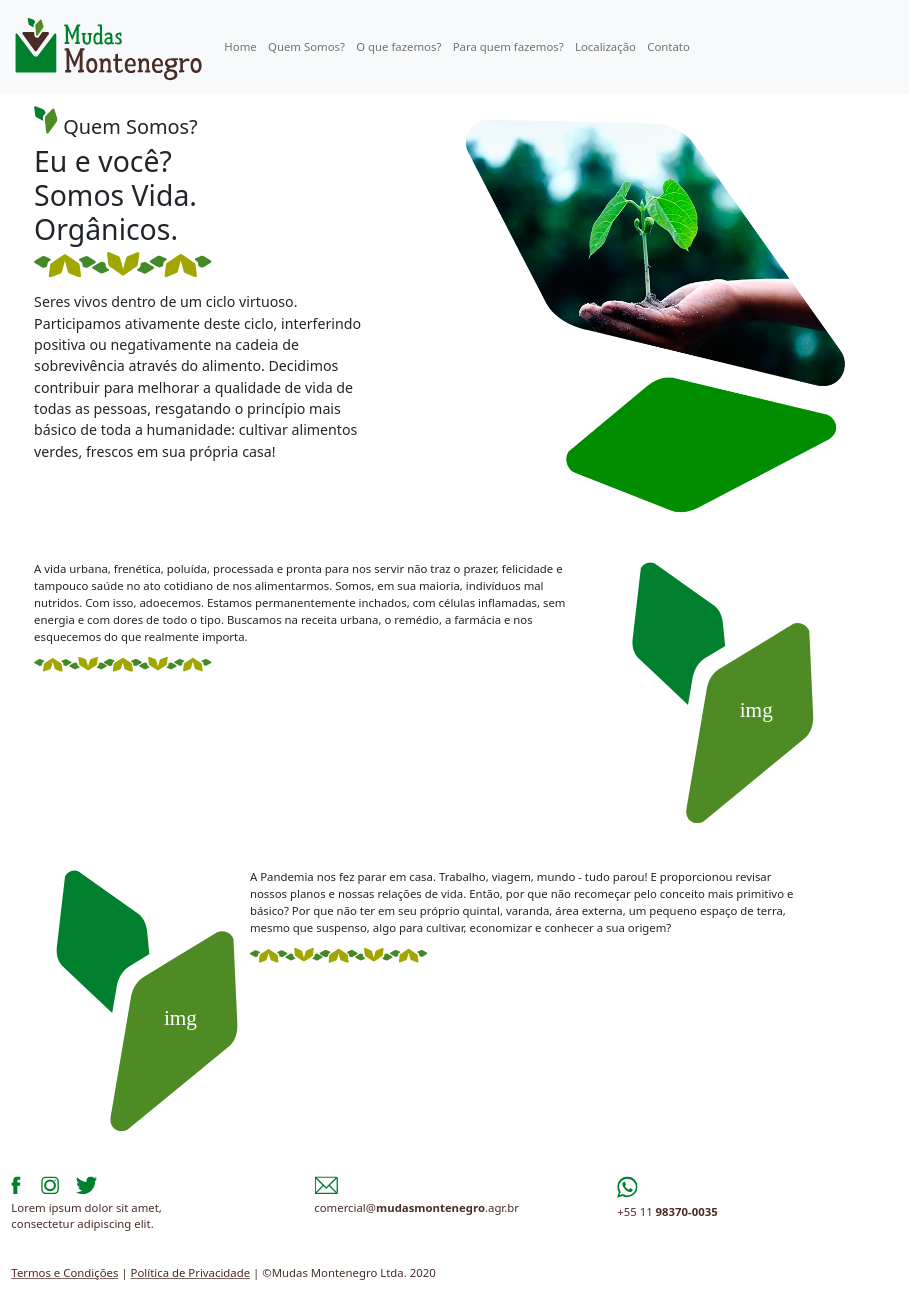
Repository: MaKnok/mudas-montenegro
Page: quem-somos.html
An editor plug-in stored every save of this project. The page is shown before and after the next save, followed by the edit.
The browser window is 1280 px wide. The pictures show the whole page, at 71% of full size.
Some web libraries are served in a nearby version.

Above is the page before, as saved 2021-06-17 11:54:43.

### quem-somos.html
<!DOCTYPE html>
<html lang="pt-br">

<head>
    <meta charset="utf-8">
    <meta name="viewport" content="width=device-width, initial-scale=1">
    <link rel="icon" type="image/png" href="img/icons/favicon.png"/>
    <title>Mudas Montenegro</title>
    <link href="https://cdn.jsdelivr.net/npm/bootstrap@5.0.1/dist/css/bootstrap.min.css" rel="stylesheet" integrity="sha384-+0n0xVW2eSR5OomGNYDnhzAbDsOXxcvSN1TPprVMTNDbiYZCxYbOOl7+AMvyTG2x" crossorigin="anonymous">
    <script src="https://use.fontawesome.com/releases/v5.0.8/js/all.js"></script>
    <link href="style.css" rel="stylesheet">
</head>

<body>

<!-- Navigation -->
<nav class="navbar navbar-expand-md navbar-light bg-light sticky-top">

  <div class="container-fluid">

    <a class="navbar-brand logo" href="index.html"><img src="img/logo_mudas_mont.svg" alt="Mudas Montenegro"></a>

    <button class="navbar-toggler" type="button" data-toggle="collapse" data-target="#navbarResponsive">
        <span class="navbar-toggler-icon"></span>
    </button>

    <div class="collapse navbar-collapse" id="navbarResponsive">
       <ul class="navbar-nav ml-auto">
            <li class="nav-item active">
              <a class="nav-link" href="index.html">Home</a>
          </li>
            <li class="nav-item">
              <a class="nav-link" href="quem-somos.html">Quem Somos?</a>
            </li>
            <li class="nav-item">
              <a class="nav-link" href="o-que-fazemos.html">O que fazemos?</a>
            </li>
            <li class="nav-item">
              <a class="nav-link" href="para-quem-fazemos.html">Para quem fazemos?</a>
            </li>
            <li class="nav-item">
              <a class="nav-link" href="localizacao.html">Localização</a>
            </li>
            <li class="nav-item">
              <a class="nav-link" href="contato.html">Contato</a>
            </li>
        </ul>
    </div>

  </div>

</nav>

<!--- Intro -->

<div class="wrapper">

  <div class="container-fluid">

    <div class="row jumbotron section-top">

      <div class="col-xs-12 col-sm-12 col-md-4 col-lg-4 col-xl-5 content-top">

        <h3 class="page-title">Quem Somos?</h3>

        <h1 class="page-slogan">
          Eu e você?<br/>
          Somos Vida.<br/>
          Orgânicos.
        </h1>

        <img src="img/leaves_sections.svg" class="leaves-home">

        <p class="lead">
          Seres vivos dentro de um ciclo virtuoso. Participamos ativamente deste ciclo, interferindo positiva ou negativamente na cadeia de sobrevivência através do alimento. Decidimos contribuir para melhorar a qualidade de vida de todas
          as pessoas, resgatando o princípio mais básico de toda a humanidade: cultivar alimentos verdes, frescos em sua própria casa!
        </p>

      </div>

      <div class="col-xs-12 col-sm-12 col-md-8 col-lg-8 col-xl-7 image-top">

                <source srcset="img/leaves_desktop_img.webp 2x,img/leaves_desktop_img.webp"
                media="(min-width: 992px)"/>

                <img src="img/leaves_desktop_img.webp" class="img-fluid" alt="Muda">

      </div>

    </div>

  </div>

</div>


<div class="wrapper">

  <div class="container-fluid padding">

  <div class="row content">

    <div class="col-xs-12 col-sm-12 col-md-7 col-lg-7 col-xl-8">
      <p>
      A vida urbana, frenética, poluída, processada e pronta para nos servir não traz o prazer, felicidade e tampouco saúde no ato cotidiano de nos alimentarmos. Somos, em sua maioria, indivíduos mal nutridos.  Com isso, adoecemos. Estamos permanentemente inchados, com células inflamadas, sem energia e com dores de todo o tipo.
      Buscamos na receita urbana, o remédio, a farmácia e nos esquecemos do que realmente importa.
      </p>
      <img src="img/leaves_section_longer.svg" class="leaves-home">
    </div>

    <div class="col-xs-12 col-sm-12 col-md-4 col-lg-4 col-xl-3">
      <img src="img/img_temp.svg" class="float-left" alt="Vida urbana">
    </div>

  </div>

  </div>


  <div class="container-fluid padding">

  <div class="row content pandemia">

    <div class="col-xs-12 col-sm-12 col-md-4 col-lg-4 col-xl-3 content-1">
        <img src="img/img_temp.svg" class="float-right" alt="Relações de Vida">
    </div>

    <div class="col-xs-12 col-sm-12 col-md-7 col-lg-7 col-xl-8 content-2">
        <p>
        A Pandemia nos fez parar em casa. Trabalho, viagem, mundo - tudo parou!
        E proporcionou revisar nossos planos e nossas relações de vida. Então, por que não recomeçar pelo conceito mais primitivo e básico? Por que não ter em seu próprio quintal, varanda, área externa, um pequeno espaço de terra, mesmo que suspenso, algo para cultivar, economizar e conhecer a sua origem?
        </p>
        <img src="img/leaves_section_longer.svg" class="leaves-home">
    </div>

  </div>

  </div>

</div>


<!--- Footer -->
<footer>

  <div class="container-fluid padding">

    <div class="row text-left">

      <div class="col-md-4">

        <ul class="social-icons">
            <li class="social-icon social-icon_first"><a href="#"><img src="img/icons/facebook.svg"></a></li>
            <li class="social-icon social-icon_second"><a href="#"><img src="img/icons/instagram.svg"></a></li>
            <li class="social-icon social-icon_third"><a href="#"><img src="img/icons/twitter.svg"></a></li>
        </ul>
        <p>Lorem ipsum dolor sit amet, <br/>consectetur adipiscing elit.</p>

      </div>

      <div class="col-md-4">

        <img src="img/icons/mail.svg" class="contact-icon">
        <p>comercial@<span class="phrase-bold">mudasmontenegro</span>.agr.br</p>

      </div>

      <div class="col-md-4">

        <img src="img/icons/whatsapp.svg" class="contact-icon contact-icon-zap">
        <p>+55 11 <span class="phrase-bold">98370-0035</span></p>

      </div>

    </div>

    <div class="row text-left">
        <div class="col-md-6">
          <p class="terms-conditions"><a href="#">Termos e Condições</a> | <a href="#">Política de Privacidade</a> | ©Mudas Montenegro Ltda. 2020 </p>
        </div>
    </div>

  </div>

</footer>

<script src="https://cdn.jsdelivr.net/npm/bootstrap@5.0.1/dist/js/bootstrap.bundle.min.js" integrity="sha384-gtEjrD/SeCtmISkJkNUaaKMoLD0//ElJ19smozuHV6z3Iehds+3Ulb9Bn9Plx0x4" crossorigin="anonymous"></script>

</body>
</html>

### style.css
@import url("https://fonts.googleapis.com/css2?family=Fira+Sans:ital,wght@0,200;0,300;0,400;0,500;0,600;0,700;1,200;1,300;1,400;1,500;1,600;1,700&display=swap");

/*---Media Queries --*/

html {
  -webkit-box-sizing: border-box;
  -moz-box-sizing: border-box;
  box-sizing: border-box;
}

*,
*:before,
*:after {
  -webkit-box-sizing: border-box;
  -moz-box-sizing: border-box;
  box-sizing: inherit;
}

@media (min-width: 992px) {
  .leaves-home {
    width: 250px;
    margin-bottom: 20px;
  }

  .logo {
    width: 280px;
  }

  .phrase-home {
    font-size: 35px;
    line-height: 45px;
  }

  .carousel-caption {
    width: 550px;
    z-index: 10;
    color: #fff;
    text-align: left;
    top: 40%;
    left: 10%;
    bottom: auto;
    -webkit-transform: translate(0, -50%);
    -ms-transform: translate(0, -50%);
    transform: translate(0, -50%);
  }
}

@media (max-width: 991.98px) {
  .leaves-home {
    width: 190px;
    margin-bottom: 15px;
  }

  .logo {
    width: 220px;
  }

  .phrase-home {
    font-size: 30px;
    line-height: 40px;
  }

  .carousel-caption {
    width: 400px;
    z-index: 10;
    color: #fff;
    text-align: left;
    top: 35%;
    left: 10%;
    bottom: auto;
    -webkit-transform: translate(0, -50%);
    -ms-transform: translate(0, -50%);
    transform: translate(0, -50%);
  }
}

@media (max-width: 767.98px) {
  .carousel-caption {
    width: 400px;
    z-index: 10;
    color: #fff;
    text-align: left;
    top: 35%;
    left: 10%;
    bottom: auto;
    -webkit-transform: translate(0, -50%);
    -ms-transform: translate(0, -50%);
    transform: translate(0, -50%);
  }

  .leaves-home {
    width: 190px;
    margin-bottom: 20px;
  }

  .logo {
    width: 220px;
  }

  .pandemia {
    display: flex;
  }

  .pandemia > .content-2 {
    order: -1;
  }

  .phrase-home {
    font-size: 25px;
    line-height: 35px;
  }

  .section-top {
    display: flex;
  }

  .section-top > .image-top {
    order: -1;
  }
}

@media (max-width: 575.98px) {
  .carousel-caption {
    width: 200px;
    z-index: 10;
    color: #fff;
    text-align: left;
    top: 50%;
    left: 8%;
    bottom: auto;
    -webkit-transform: translate(0, -50%);
    -ms-transform: translate(0, -50%);
    transform: translate(0, -50%);
  }

  .leaves-home {
    width: 130px;
    margin-bottom: 10px;
  }

  .logo {
    width: 180px;
  }

  .phrase-home {
    font-size: 16px;
    line-height: 24px;
  }
}

/*---Firefox Bug Fix --*/
.carousel-item {
  transition: -webkit-transform 0.5s ease;
  transition: transform 0.5s ease;
  transition: transform 0.5s ease, -webkit-transform 0.5s ease;
  -webkit-backface-visibility: visible;
  backface-visibility: visible;
  background-color: #000;
}

/*--- Fixed Background Image --*/
figure {
  position: relative;
  width: 100%;
  height: 60%;
  margin: 0 !important;
}

footer {
  background-color: #fff;
  color: #492b28;
  line-height: 22px;
}

ul,
ol,
li {
  list-style: none;
}

ul {
  padding-inline-start: 0;
  margin-bottom: 0.5rem;
}

.fixed-wrap {
  clip: rect(0, auto, auto, 0);
  position: absolute;
  top: 0;
  left: 0;
  width: 100%;
  height: 100%;
}

#fixed {
  background-image: url("img/mac.png");
  position: fixed;
  display: block;
  top: 0;
  left: 0;
  width: 100%;
  height: 100%;
  background-size: cover;
  background-position: center center;
  -webkit-transform: translateZ(0);
  transform: translateZ(0);
  will-change: transform;
}
/*--- Bootstrap Padding Fix --*/
[class*="col-"] {
  padding: 1rem;
}

.carousel-caption {
  text-align: left;
}

.contact-icon {
  margin-bottom: 0.5rem;
}

.page-title {
  font-weight: ;
}

.page-title::before {
  content: "";
  display: inline-block;
  background-image: url(img/icons/leaves.svg);
  background-size: 33px 40px;
  width: 33px;
  height: 40px;
  margin-right: 8px;
}

.phrase-home {
  font-family: "Fira Sans", sans-serif;
}

.phrase-bold {
  font-weight: 600;
}

.picture-home {
  opacity: 0.7;
}

.section-top {
  background-color: #fff;
}

.social-icons {
  text-align: left;
}

.social-icon:not(:first-child) {
  margin-left: 20px;
}

.social-icon:first-child {
  margin-right: 5px;
}

.social-icon {
  display: inline-block;
}

.social-icon > a > img,
.contact-icon {
  height: 25px;
}

.contact-icon-zap {
  height: 30px;
}

.terms-conditions a {
  color: #492b28;
}

.wrapper {
  padding: 0 2em;
}

/*
Extra small (xs) devices (portrait phones, less than 576px)
No media query since this is the default in Bootstrap

Small (sm) devices (landscape phones, 576px and up)
@media (min-width: 576px) { ... }

Medium (md) devices (tablets, 768px and up)
@media (min-width: 768px) { ... }

Large (lg) devices (desktops, 992px and up)
@media (min-width: 992px) { ... }

Extra (xl) large devices (large desktops, 1200px and up)
@media (min-width: 1200px) { ... }
*/

After the next save:
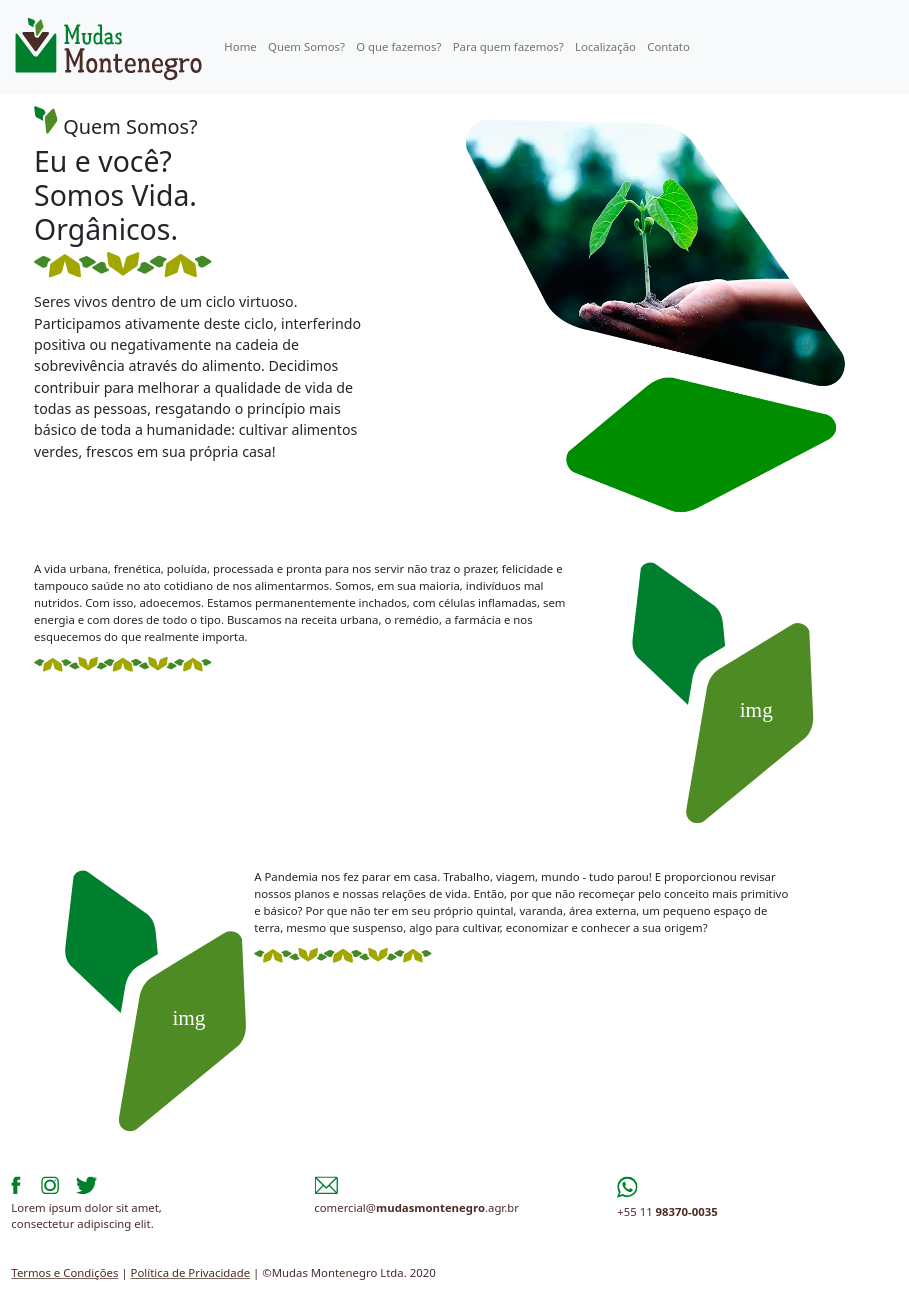
Saved 2 min 28 s later.
--- a/quem-somos.html
+++ b/quem-somos.html
@@ -91,10 +91,6 @@
 
   </div>
 
-</div>
-
-
-<div class="wrapper">
 
   <div class="container-fluid padding">
 
@@ -114,7 +110,7 @@
 
   </div>
 
-  </div>
+
 
 
   <div class="container-fluid padding">
@@ -136,6 +132,8 @@
   </div>
 
   </div>
+
+</div>
 
 </div>
 
